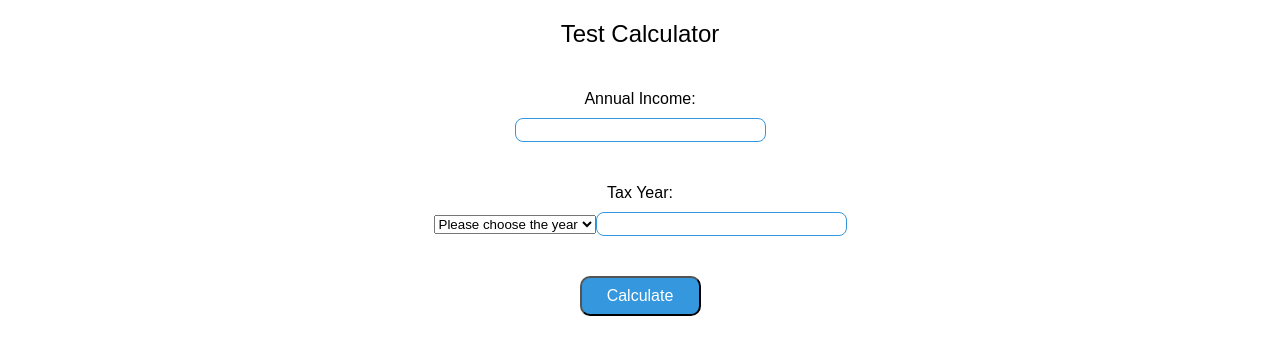
Repository: jbpadilha/taxcalculator
Page: /
The author's editor kept a copy of each file at every save. The page is drawn from the files as they stood at one save, then again after the next save.
The browser window is 1280 px wide. The pictures show the whole page.
The project was rebuilt for these pictures with package versions that can differ from the ones it lists, and the page was loaded fresh each time.

Above is the page before, as saved 2023-06-16 21:32:50.

After the next save:
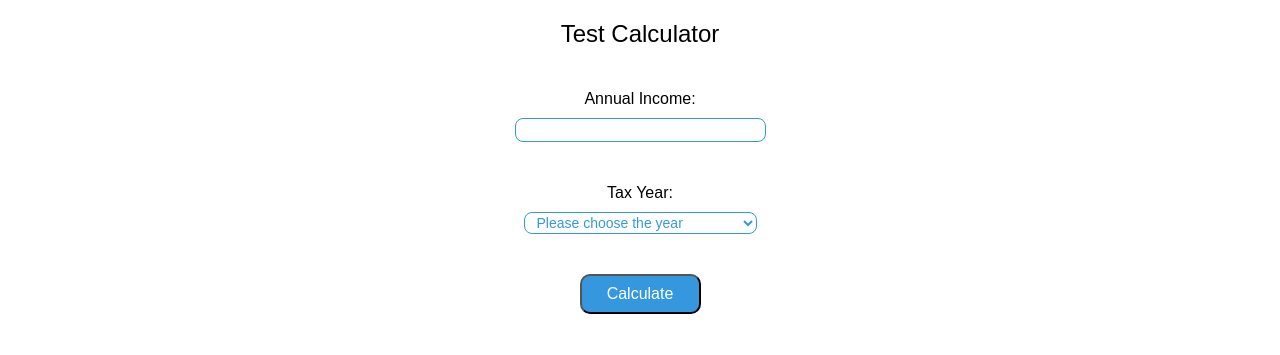
Saved 27 s later.
--- a/src/components/Main.tsx
+++ b/src/components/Main.tsx
@@ -78,7 +78,7 @@ const Main = () => {
                         <label htmlFor='taxYear' style={styles.titleInput}>Tax Year:</label>
                     </div>
                     <div style={styles.marginInput}>
-                    <select onChange={()=>{}}>
+                    <select onChange={()=>{}} style={styles.input} id="taxYear" name="taxYear">
                         <option>Please choose the year</option>
                         {Array.from(years.entries()).map((entry) => {
                             const [key, value ] = entry;
@@ -87,7 +87,6 @@ const Main = () => {
                             </option>);
                         })}
                     </select>
-                        <input style={styles.input} type="text" id="taxYear" name="taxYear" />
                     </div>
                 </div>
                 <div style={styles.contentInput}>
